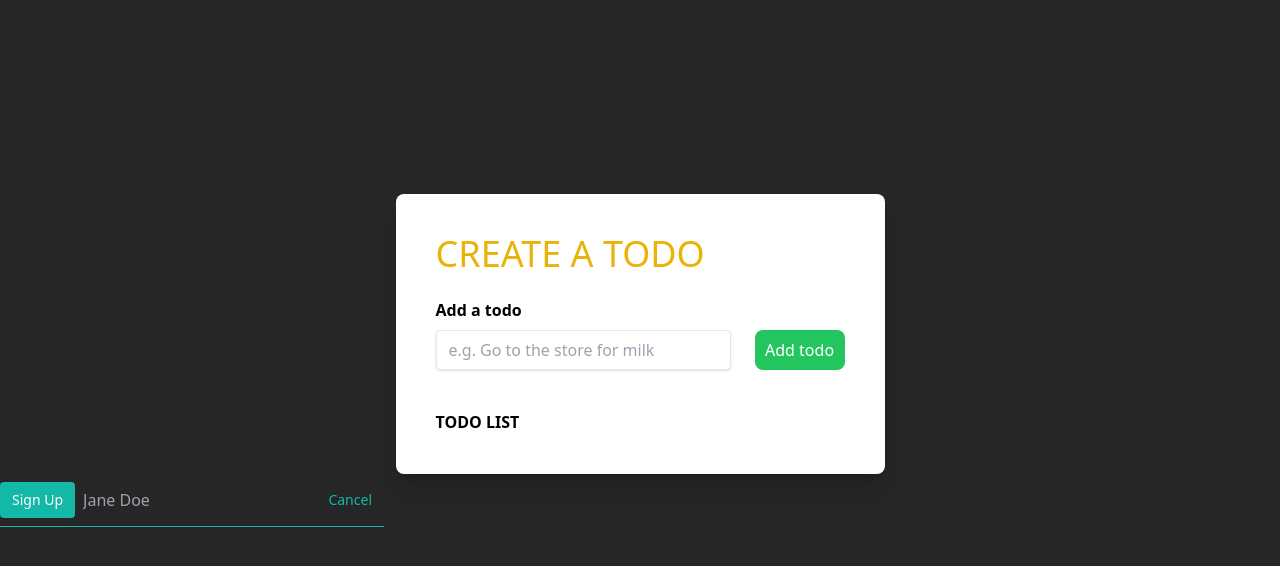
Repository: Kajo-lab/vue-todo
Page: /
An editor plug-in stored every save of this project. The page is shown before and after the next save, followed by the edit.
The browser window is 1280 px wide. The pictures show the whole page.
The project was rebuilt for these pictures with package versions that can differ from the ones it lists, and the page was loaded fresh each time. Also part of the build but not shown: vite.config.js, webpack.config.js.

Above is the page before, as saved 2022-07-07 18:03:57.

After the next save:
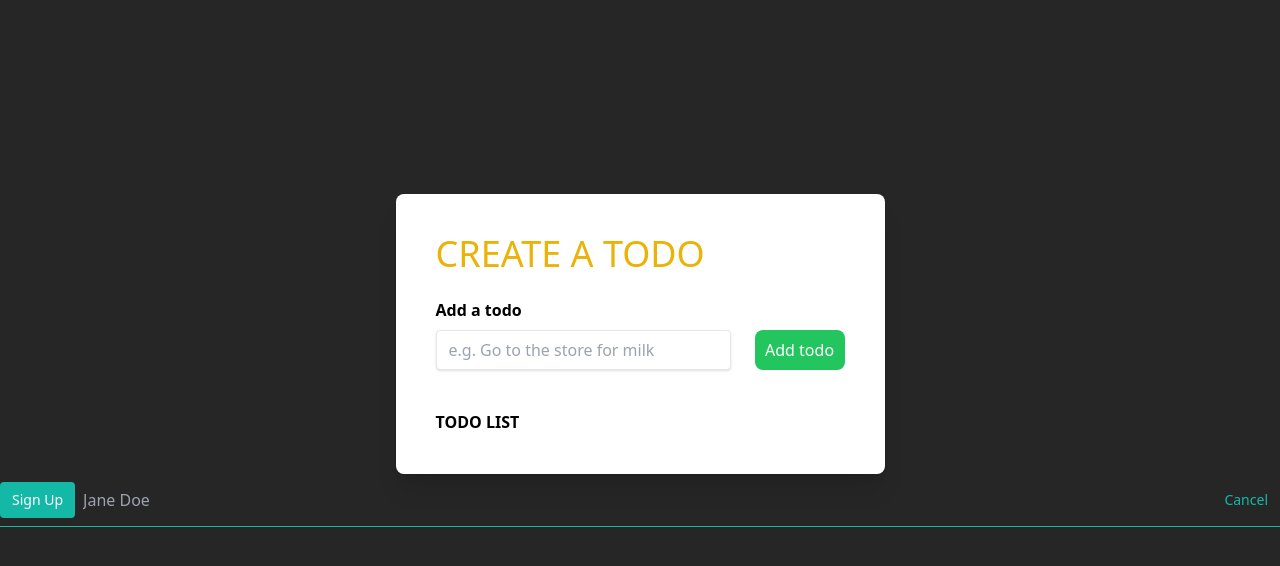
Saved 34 s later.
--- a/src/App.vue
+++ b/src/App.vue
@@ -67,10 +67,10 @@ onMounted(() => {
 
 		<section>
 				<h3 class="mb-2 font-bold">TODO LIST</h3>
-				<div id="todo-list ">
+				<div id="todo-list">
 					<div class="flex mb-4" v-for="todo in todos_asc" :class="`todo-item ${todo.done && 'done'}`">
 
-						<div class="flex gap-6 todo-content">
+						<div class="flex gap-6 w-full max-w-sm todo-content ">
 						<label>
 							<input type="checkbox" v-model="todo.done" />
 							<span class="bubble"></span>
@@ -91,7 +91,7 @@ onMounted(() => {
 	</div>
 
 
-<form class="w-full max-w-sm">
+<form class="">
   <div class="flex items-center border-b border-teal-500 py-2">
 	    <button class="flex-shrink-0 bg-teal-500 hover:bg-teal-700 border-teal-500 hover:border-teal-700 text-sm border-4 text-white py-1 px-2 rounded" type="button">
       Sign Up
